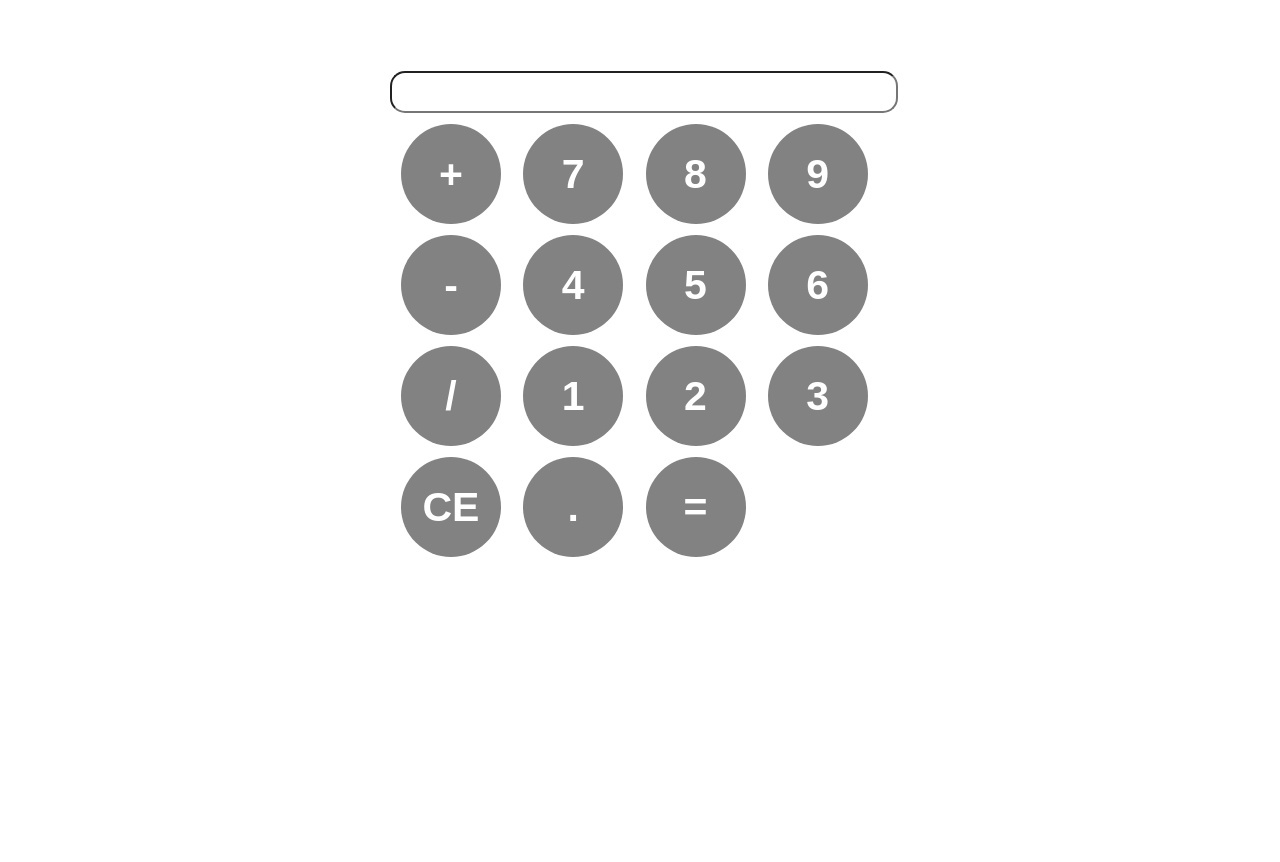
Repository: rkrukshan/JS-Calculator
Page: index.html
These files come from the project's save history. The page is drawn as it stood at one moment and after the next save; the edit follows.
The browser window is 1280 px wide. The pictures show the whole page.

Above is the page before, as saved 2024-09-02 13:41:58.

### index.html
<!DOCTYPE html>
<html lang="en">

<head>
    <meta charset="UTF-8">
    <meta name="viewport" content="width=device-width, initial-scale=1.0">
    <title>Document</title>
    <link rel="stylesheet" href="style.css">
</head>

<body>
    <div id="calculator">
        <input id="screen" readonly>
        <div id="buttons">

            <button onclick="appendScreen('+')">+</button>
            <button onclick="appendScreen('7')">7</button>
            <button onclick="appendScreen('8')">8</button>
            <button onclick="appendScreen('9')">9</button>
            <button onclick="appendScreen('-')">-</button>
            <button onclick="appendScreen('4')">4</button>
            <button onclick="appendScreen('5')">5</button>
            <button onclick="appendScreen('6')">6</button>
            <button onclick="appendScreen('/')">/</button>
            <button onclick="appendScreen('1')">1</button>
            <button onclick="appendScreen('2')">2</button>
            <button onclick="appendScreen('3')">3</button>
            <button onclick="appendScreen('CE')">CE</button>
            <button onclick="appendScreen('.')">.</button>
            <button onclick="appendScreen('=')">=</button>

        </div>
    </div>
</body>

</html>

### style.css
#calculator {
  display: flexbox;
  align-items: center;
  height: 100vh;
  justify-content: center;
  border: none;
  max-width: 500px;
  margin: auto;
  padding: 5% 0;
}
#screen {
  width: 100%;
  height: 5%;
  color: white;
  border-radius: 15px;
}
#buttons {
  display: grid;
  grid-template-columns: repeat(4, 1fr);
  gap: 11px;
  padding: 11px;
}
button {
  width: 100px;
  height: 100px;
  border-radius: 50px;
  color: white;
  background-color: hsl(0, 0%, 51%);
  font-size: 41px;
  font-weight: bold;
  cursor: pointer;
  border: none;
}
button:active {
  background-color: hsl(0, 1%, 45%);
  box-shadow: 1px 1px 15px rgb(100, 206, 241);
}

After the next save:
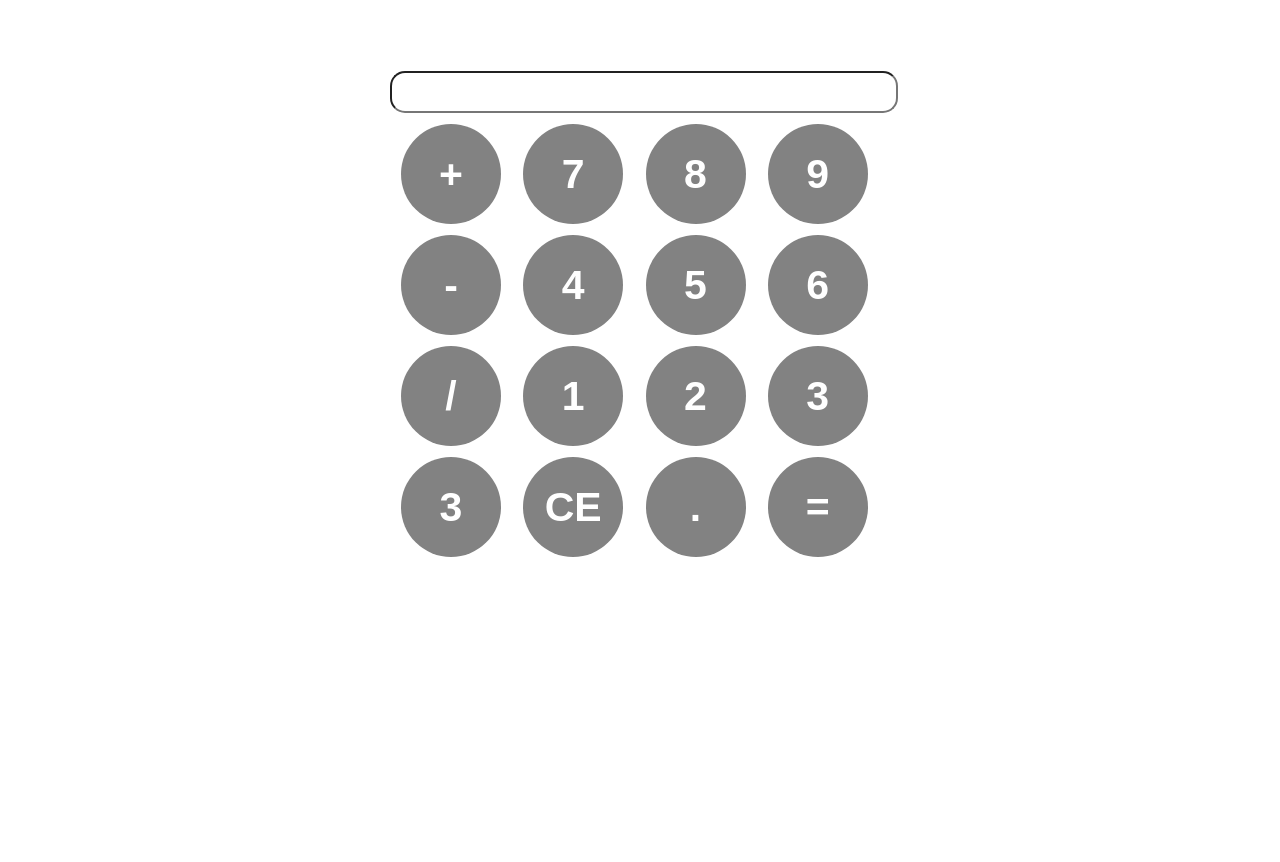
Saved 18 s later.
--- a/index.html
+++ b/index.html
@@ -25,6 +25,7 @@
             <button onclick="appendScreen('1')">1</button>
             <button onclick="appendScreen('2')">2</button>
             <button onclick="appendScreen('3')">3</button>
+            <button onclick="appendScreen('3')">3</button>
             <button onclick="appendScreen('CE')">CE</button>
             <button onclick="appendScreen('.')">.</button>
             <button onclick="appendScreen('=')">=</button>
